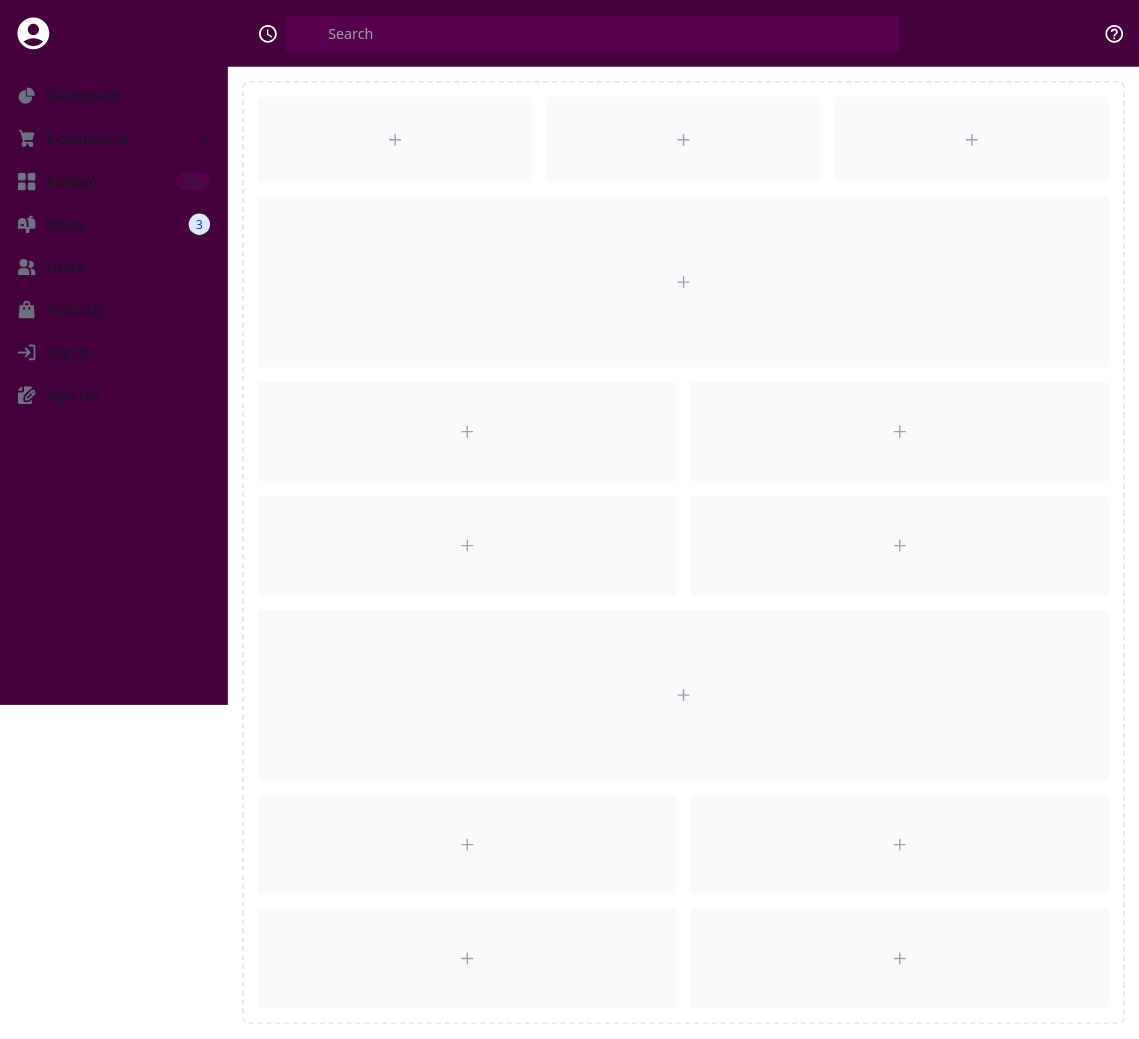
Repository: Shamraiz761/Slack_clone
Page: /
These files come from the project's save history. The page is drawn as it stood at one moment and after a run of saves; the edit follows.
The browser window is 1280 px wide. The pictures show the whole page, at 89% of full size.
The project was rebuilt for these pictures with package versions that can differ from the ones it lists, and the page was loaded fresh each time. Also part of the build but not shown: vite.config.js.

Above is the page before, as saved 2024-01-14 18:55:11.

After the next 4 saves:
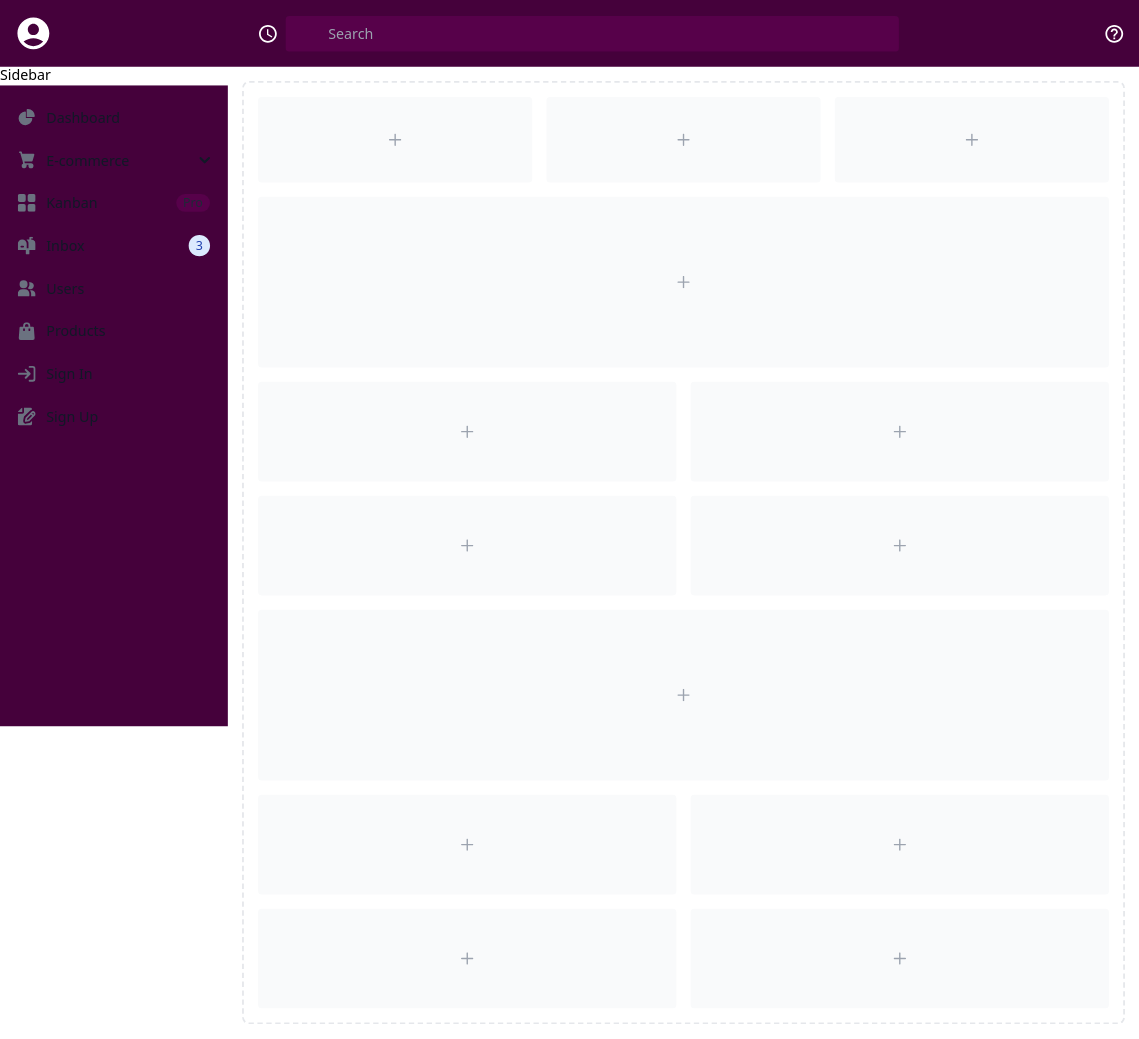
The 4 saves are shown as one change because they came seconds apart.
The last was saved 30 s later.
--- a/src/components/sidebar/Sidebar.jsx
+++ b/src/components/sidebar/Sidebar.jsx
@@ -10,6 +10,7 @@ function Sidebar() {
         className="absolute top-full left-0 mt-[-1095px] w-64 h-screen transition-transform -translate-x-full sm:translate-x-0"
         aria-label="Sidebar"
       >
+        <h1>Sidebar</h1>
         <div className="h-full px-3 py-4 overflow-y-auto bg-[#45013b] ">
           <ul className="space-y-2 font-medium">
             <li>
